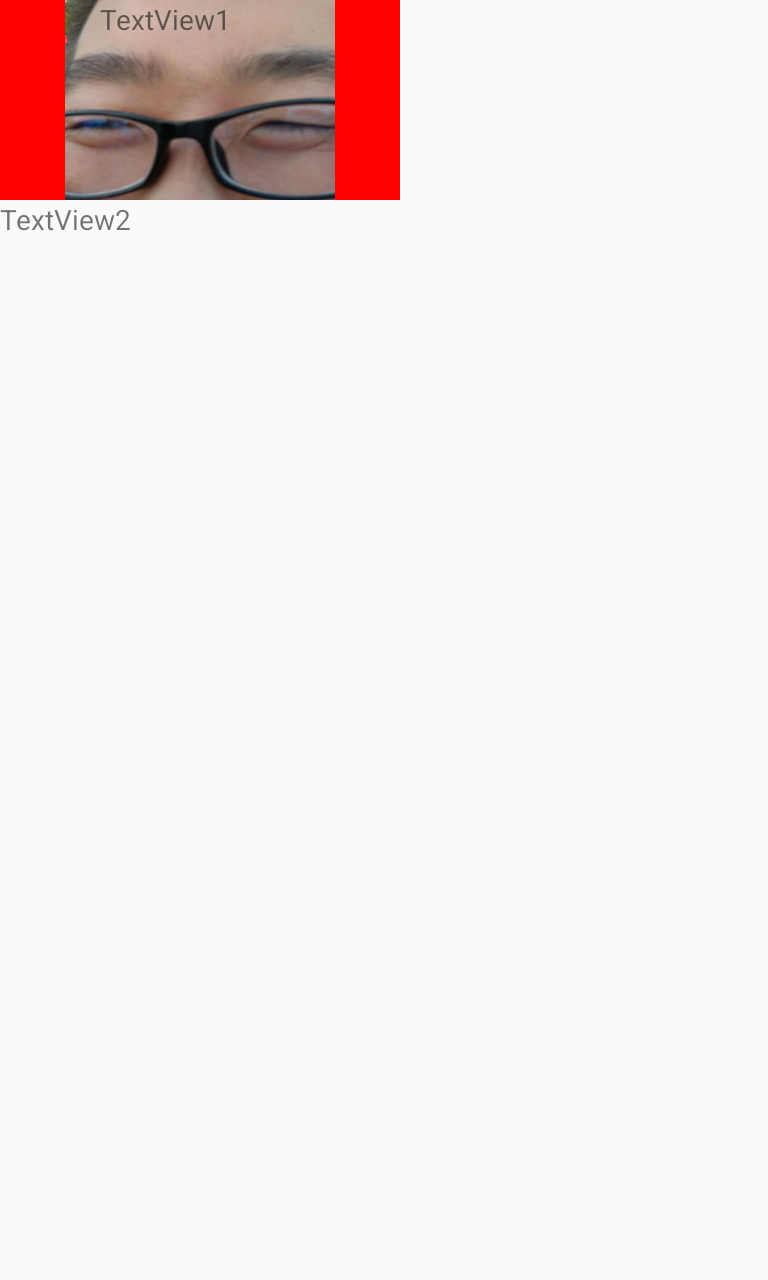
Repository: mjchow/qiuyi
Layout: demo1/res/layout/activity_main.xml
An editor plug-in stored every save of this project. The layout is shown before and after the next save, followed by the edit.
It is drawn on a 768 x 1280 px phone screen (xhdpi) without system bars, with theme AppTheme; the app's code is not run.

Above is the layout before, as saved 2014-12-25 15:31:11.

### demo1/res/layout/activity_main.xml
<FrameLayout xmlns:android="http://schemas.android.com/apk/res/android"
    xmlns:tools="http://schemas.android.com/tools"
    android:id="@+id/container"
    android:layout_width="match_parent"
    android:layout_height="match_parent"
    tools:context="com.example.demo1.MainActivity"
    tools:ignore="MergeRootFrame" >

    <ImageView
         android:id="@+id/imageview1"
         android:background="#F00"
         android:layout_width="200dp"
         android:layout_height="100dp"
         android:scaleType="fitCenter"
         android:src="@drawable/ydt1" />
      <TextView
        android:id="@+id/textView1"
        android:layout_width="wrap_content"
        android:layout_height="wrap_content"
        android:layout_marginLeft = "50dp"
        android:text="TextView1" />

    <TextView
        android:id="@+id/textView2"
        android:layout_marginTop="100dp"
        android:layout_width="wrap_content"
        android:layout_height="wrap_content"
        android:text="TextView2" />

</FrameLayout>

Loaded but not shown: demo1/res/values/styles.xml (common file); demo1/res/values-v11/styles.xml (common file); demo1/res/values-v14/styles.xml (common file)

After the next save:
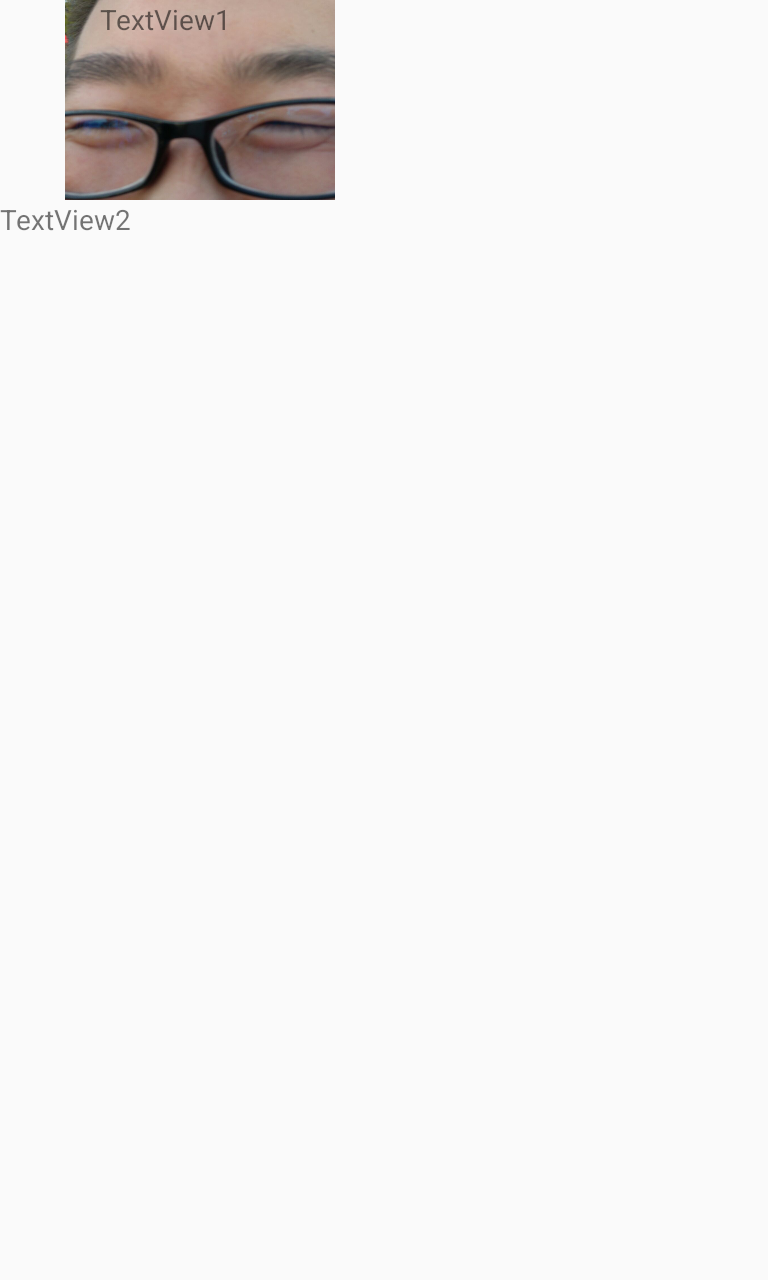
Saved 8 s later.
--- a/demo1/res/layout/activity_main.xml
+++ b/demo1/res/layout/activity_main.xml
@@ -8,7 +8,6 @@
 
     <ImageView
          android:id="@+id/imageview1"
-         android:background="#F00"
          android:layout_width="200dp"
          android:layout_height="100dp"
          android:scaleType="fitCenter"
